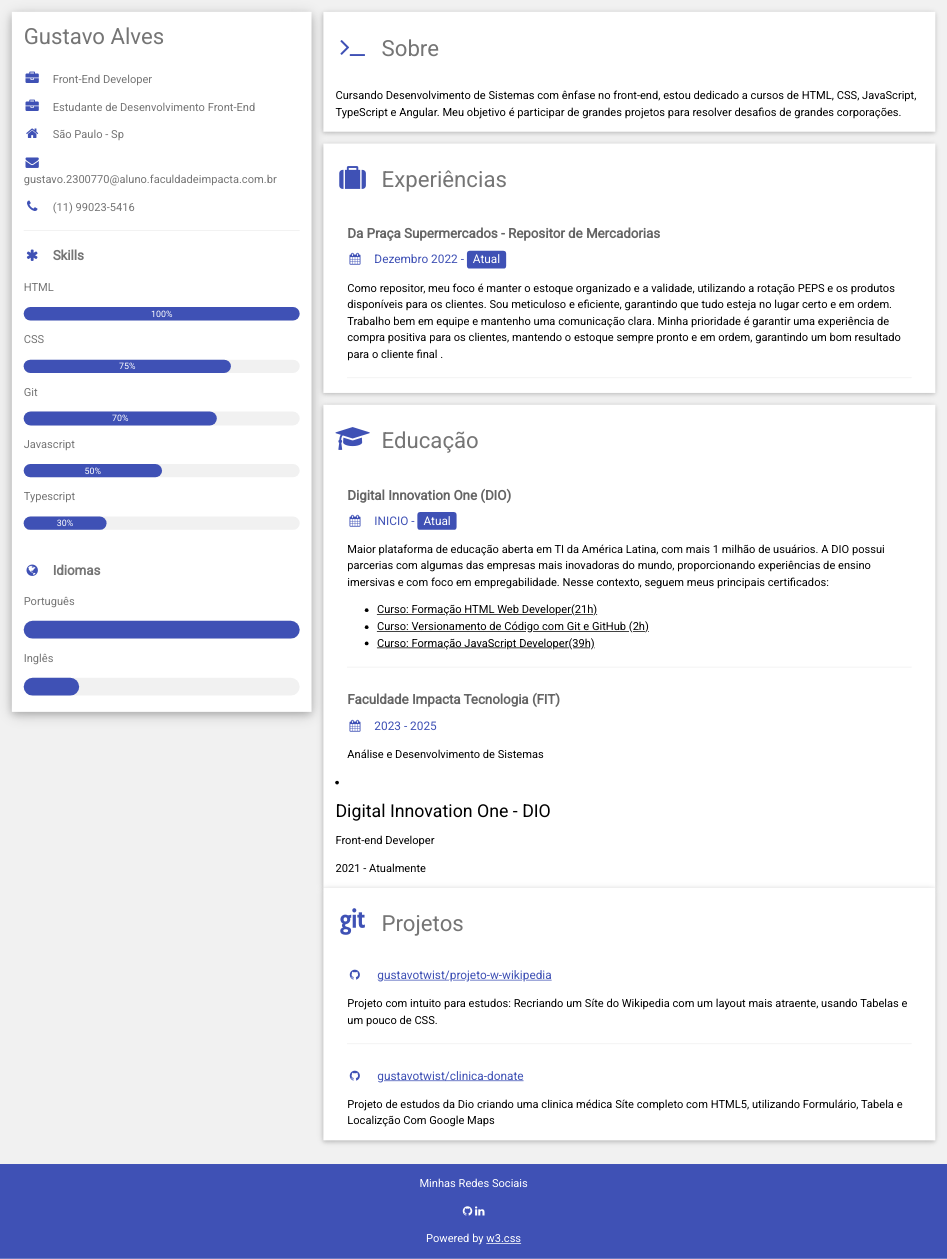
Repository: gustavotwist/cv
Page: index.html
The author's editor kept a copy of each file at every save. The page is drawn from the files as they stood at one save, then again after the next save.
The browser window is 1280 px wide. The pictures show the whole page, at 74% of full size.

Above is the page before, as saved 2024-06-19 22:06:12.

After the next save:
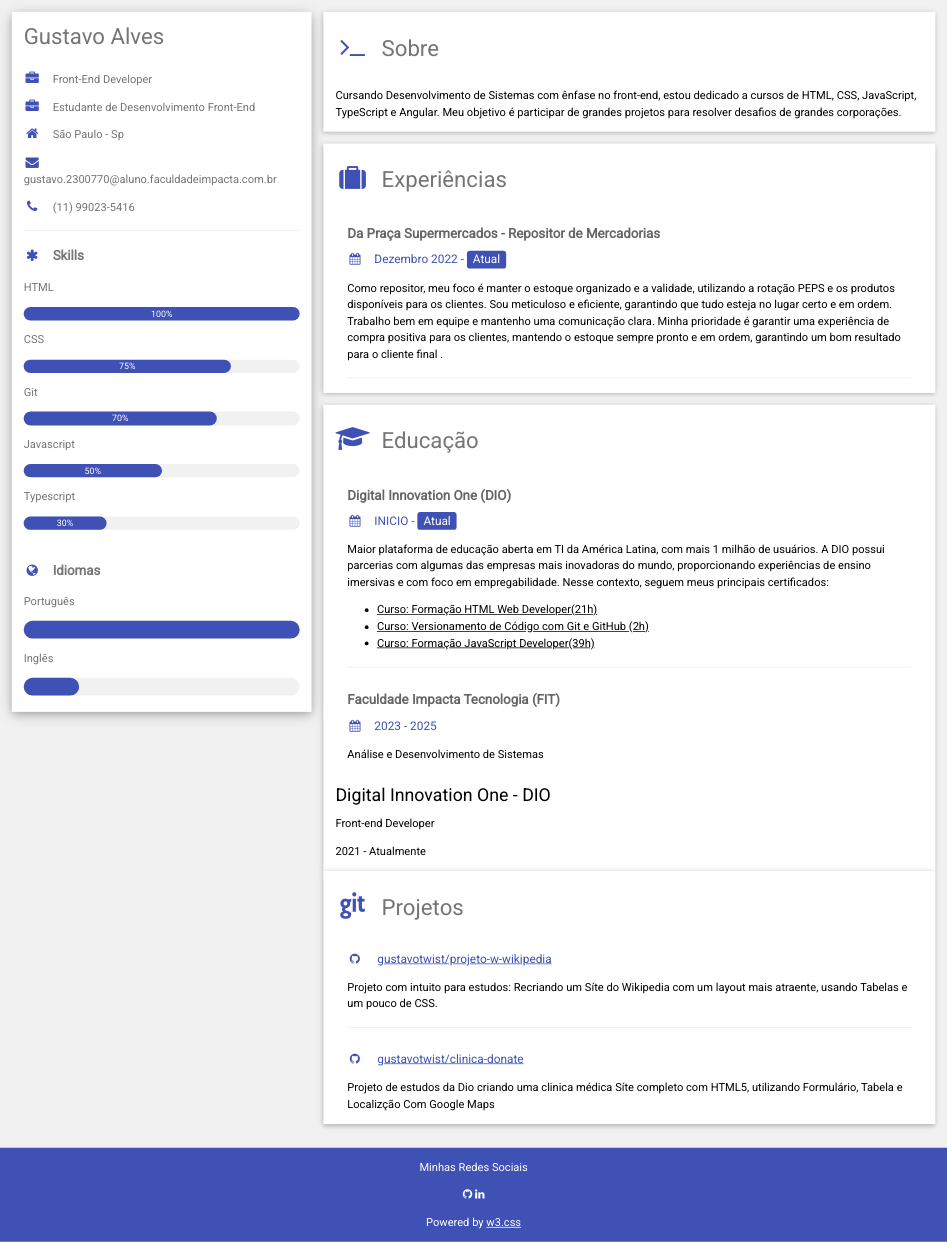
Saved 10 s later.
--- a/index.html
+++ b/index.html
@@ -129,11 +129,11 @@
               <h6 class="w3-text-indigo"><i class="fa fa-calendar fa-fw w3-margin-right"></i>2023 - 2025</h6>
               <p>Análise e Desenvolvimento de Sistemas</p>
             </div>
-            <li>
+            <div>
               <h3 class="title school">Digital Innovation One - DIO</h3>
               <span>Front-end Developer</span>
               <p class="period">2021 - Atualmente</p>
-            </li>
+            </div>
           </div>
 
           <div class="w3-container w3-card w3-white w3-margin-bottom">
